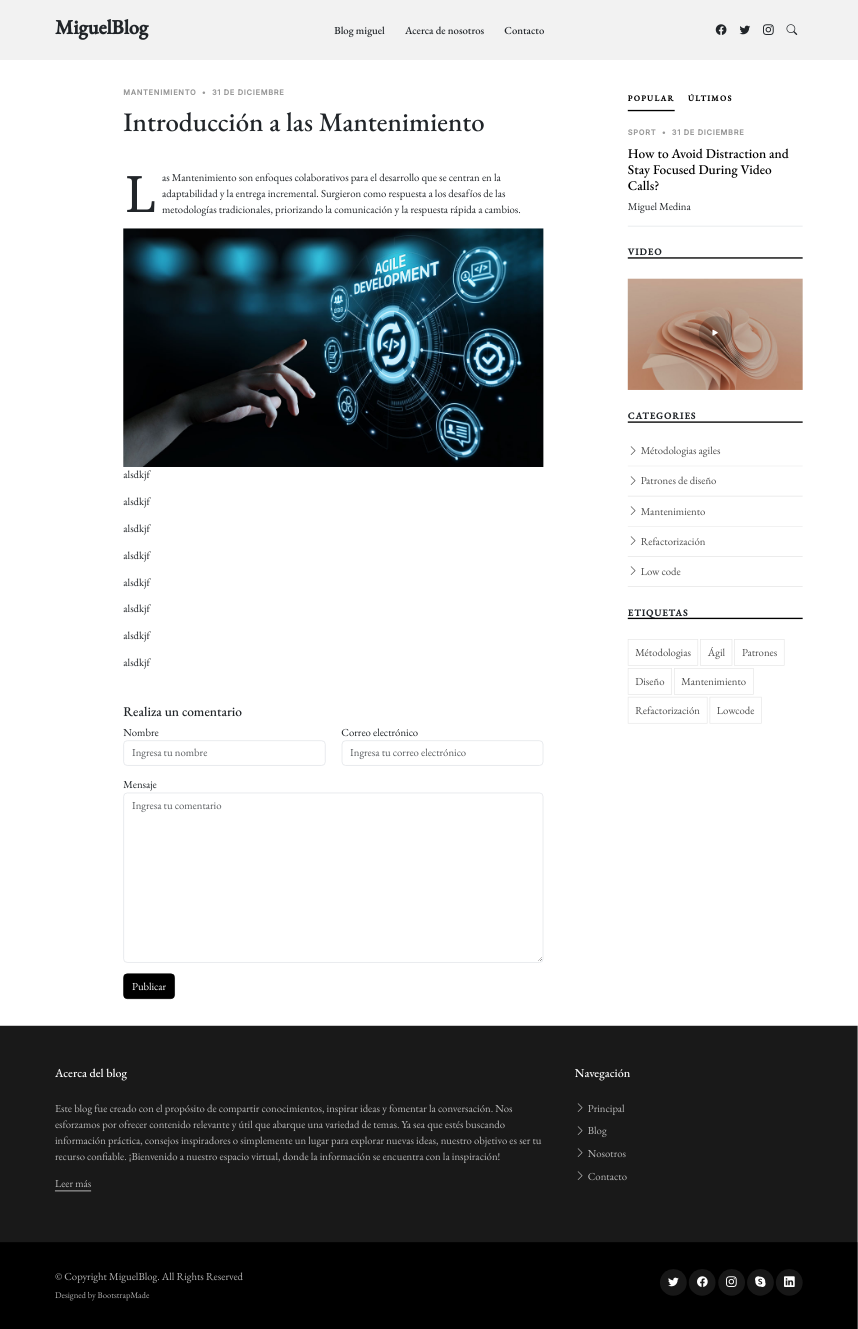
Repository: MiguelDev5/blog-miguel
Page: post-r.html
An editor plug-in stored every save of this project. The page is shown before and after the next save, followed by the edit.
The browser window is 1280 px wide. The pictures show the whole page, at 67% of full size.
Some web fonts or font styles are not loaded; a fallback is used.

Above is the page before, as saved 2024-01-01 20:58:22.

After the next save:
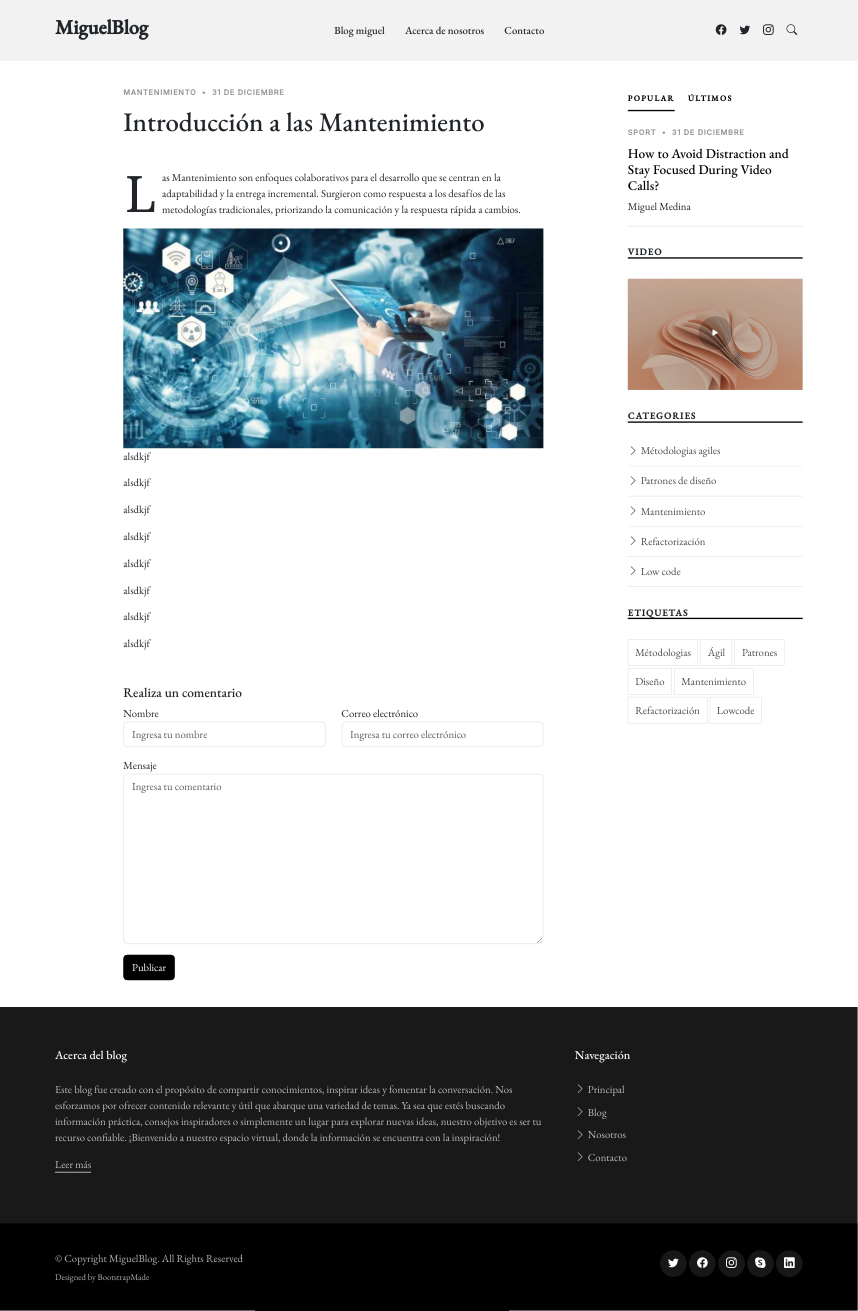
Saved 6 s later.
--- a/post-r.html
+++ b/post-r.html
@@ -94,7 +94,7 @@
               <h1 class="mb-5">Introducción a las Mantenimiento</h1>
               <p><span class="firstcharacter">L</span>as Mantenimiento son enfoques colaborativos para el desarrollo que se centran en la adaptabilidad y la entrega incremental. Surgieron como respuesta a los desafíos de las metodologías tradicionales, priorizando la comunicación y la respuesta rápida a cambios.</p>
               <div class="col-md-9"></div>
-                  <img src="assets/img/ma001.jpg" alt="" class="img-fluid" style="width: 200;">
+                  <img src="assets/img/m001.jpg" alt="" class="img-fluid" style="width: 200;">
 
               </div>
 
